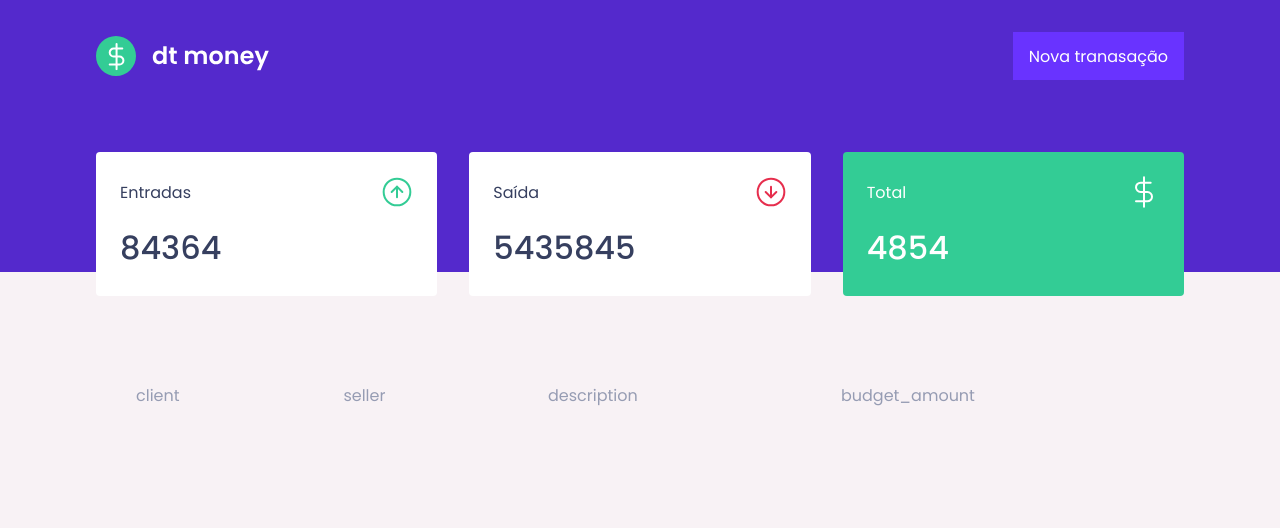
Repository: soualexandre/frentend-botOrcamentos
Page: /
These files come from the project's save history. The page is drawn as it stood at one moment and after a run of saves; the edit follows.
The browser window is 1280 px wide. The pictures show the whole page.
The page's requests for data from a server got no answer. The project was rebuilt for these pictures with package versions that can differ from the ones it lists, and the page was loaded fresh each time. No one was signed in, and anything a server would have sent is missing.

Above is the page before, as saved 2021-07-16 15:14:10.

After the next 2 saves:
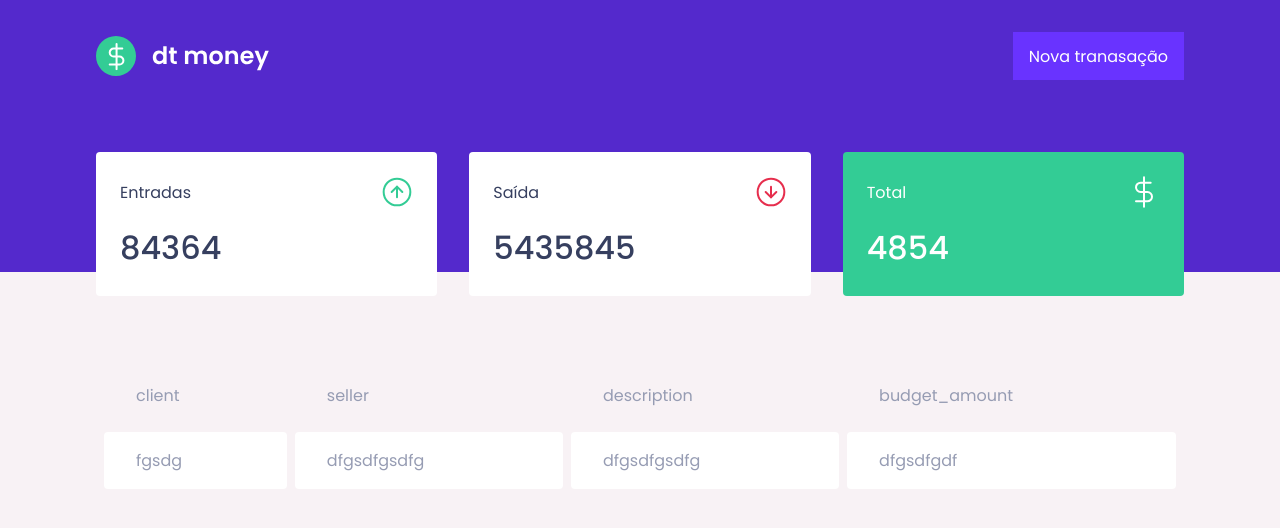
The 2 saves are shown as one change because 1 did not build or start.
The last was saved 60 s later.
--- a/src/components/transactionsTable/index.tsx
+++ b/src/components/transactionsTable/index.tsx
@@ -3,7 +3,7 @@
 
 
 export function TransactionsTable() {
-    const {transactions} = useTransactions();
+    const { transactions } = useTransactions();
     return (
         <Container>
             <table>
@@ -16,17 +16,16 @@
                     </tr>
                 </thead>
                 <tbody>
-                    {transactions.map(transaction => (
-                        <tr key={transaction.id}>
-                            <td>{transaction}</td>
+                        <tr >
+                            <td>fgsdg</td>
                             <td>
-                           dsfgsdfg</td>
+                                dfgsdfgsdfg
+                            </td>
                             <td>dfgsdfgsdfg</td>
                             <td>
-                            dfgsdfgdf
+                                dfgsdfgdf
                             </td>
                         </tr>
-                    ))}
                 </tbody>
             </table>
         </Container>

After the 2 saves that followed:
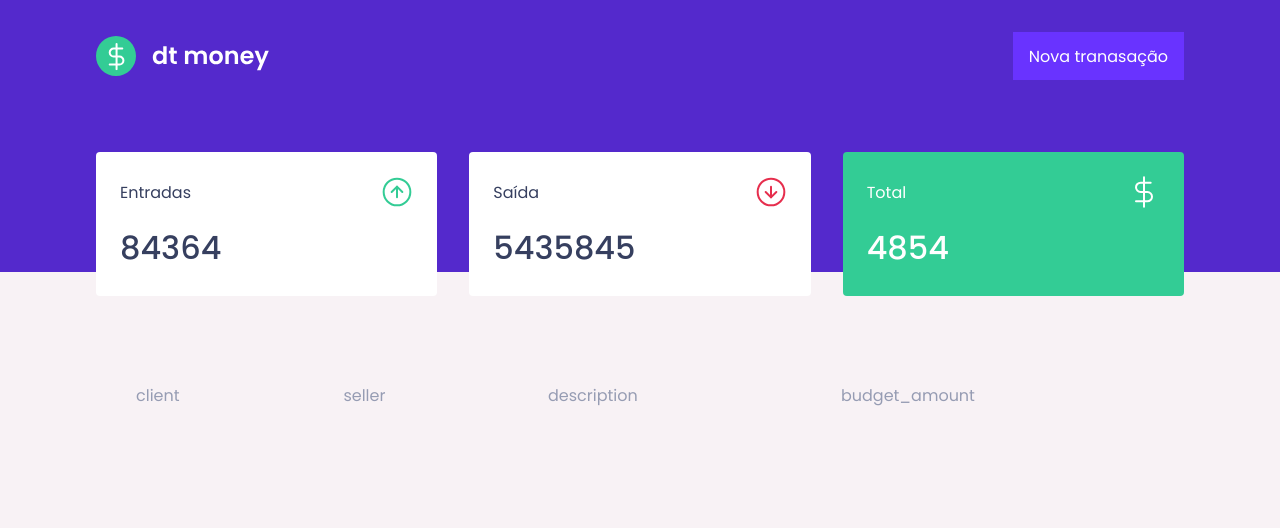
The 2 saves are shown as one change because 1 left the picture as it was.
The last was saved 3 min 18 s later.
--- a/src/components/transactionsTable/index.tsx
+++ b/src/components/transactionsTable/index.tsx
@@ -3,7 +3,7 @@
 
 
 export function TransactionsTable() {
-    const { transactions } = useTransactions();
+    const {transactions} = useTransactions();
     return (
         <Container>
             <table>
@@ -16,16 +16,18 @@
                     </tr>
                 </thead>
                 <tbody>
-                        <tr >
-                            <td>fgsdg</td>
+                    {transactions.map(transaction => (
+                        <tr key={transaction.id}>
+                            <td>{transaction.client}</td>
                             <td>
-                                dfgsdfgsdfg
-                            </td>
+                           dfgsdfgsdfg
+                           </td>
                             <td>dfgsdfgsdfg</td>
                             <td>
-                                dfgsdfgdf
+                            dfgsdfgdf
                             </td>
                         </tr>
+                    ))}
                 </tbody>
             </table>
         </Container>
